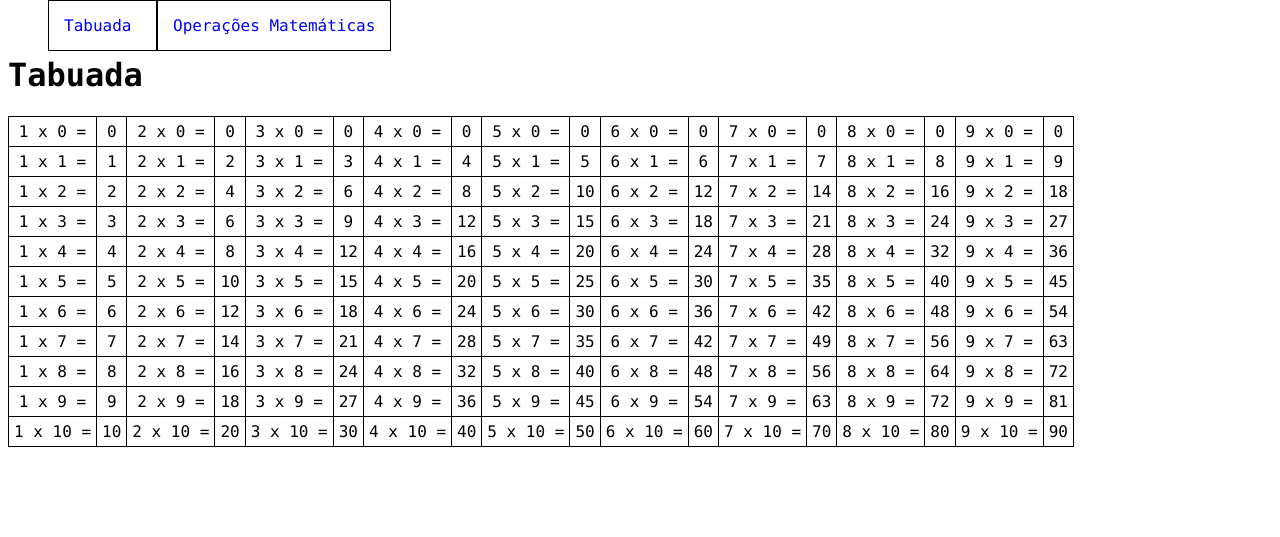
Repository: JulioCesarSF/Java
Page: http://localhost/Exercicio_02-JSPs/tabuada.jsp
An editor plug-in stored every save of this project. The page is shown before and after the next save, followed by the edit.
The browser window is 1280 px wide. The pictures show the whole page.
The page is served by Tomcat 9.

Above is the page before, as saved 2016-08-17 18:48:36.

### ProjetosFaculdade/Thiago/Exercicio_02-JSPs/WebContent/tabuada.jsp
<%@page import="org.apache.jasper.tagplugins.jstl.core.Out"%>
<%@ page language="java" contentType="text/html; charset=ISO-8859-1"
	pageEncoding="ISO-8859-1"%>
<!DOCTYPE html PUBLIC "-//W3C//DTD HTML 4.01 Transitional//EN" "http://www.w3.org/TR/html4/loose.dtd">
<html>
<head>
<meta http-equiv="Content-Type" content="text/html; charset=ISO-8859-1">
<title>Tabuada</title>
<link rel="" type="">
<link rel="stylesheet" type="text/css" href="estilo.css">
</head>
<body>

<%@ include file="topo.jsp" %>

	<div>
		<h1>Tabuada</h1>
	</div>

	<table>

		<%
			int n = 1;
			for (int i = 0; i < 11; i++) {
				System.out.println(n + " x " + i + " = " + (n*i));
		%>

		<tr>
			<td><%=n%> x <%=i%> =</td>
			<td><%=n*i%>

			<% n++; %>
			<td><%=n%> x <%=i%> =</td>
			<td><%=n*i%>

			<% n++; %>
			<td><%=n%> x <%=i%> =</td>
			<td><%=n*i%>

			<% n++; %>
			<td><%=n%> x <%=i%> =</td>
			<td><%=n*i%>

			<% n++; %>
			<td><%=n%> x <%=i%> =</td>
			<td><%=n*i%>

			<% n++; %>
			<td><%=n%> x <%=i%> =</td>
			<td><%=n*i%>

			<% n++; %>
			<td><%=n%> x <%=i%> =</td>
			<td><%=n*i%>

			<% n++; %>
			<td><%=n%> x <%=i%> =</td>
			<td><%=n*i%>

			<% n++; %>
			<td><%=n%> x <%=i%> =</td>
			<td><%=n*i%>

		</tr>

		<%
			n = 1;
			}
		%>

	</table>

</body>
</html>

### ProjetosFaculdade/Thiago/Exercicio_02-JSPs/WebContent/topo.jsp
<div>
	<ul class="menu">
		<li><a href="tabuada.jsp">Tabuada</a>
		<li><a href="operacoes-matematicas.jps">Operações Matemáticas</a></li>
	</ul>
</div>

### ProjetosFaculdade/Thiago/Exercicio_02-JSPs/WebContent/estilo.css
body{
	font-family: Consolas, Arial;
}

table{
	border-collapse: collapse;
}

td{
	border: 1px solid black;
	padding: 5px;
	text-align: center;
}

ul.menu li{
	display : inline;
	padding: 15px;
	border : 1px solid black;
}

ul.menu a{
	text-decoration: none;
	color: blue;
}

ul.menu a:HOVER {
	color : red;
}

### ProjetosFaculdade/Thiago/Exercicio_02-JSPs/WebContent/rodape.jsp
<ul class="menu">
	<li><a href="tabuada.jsp">Tabuada</a>
	<li><a href="operacoes-matematicas.jps">Operações Matemáticas</a></li>
</ul>

After the next save:
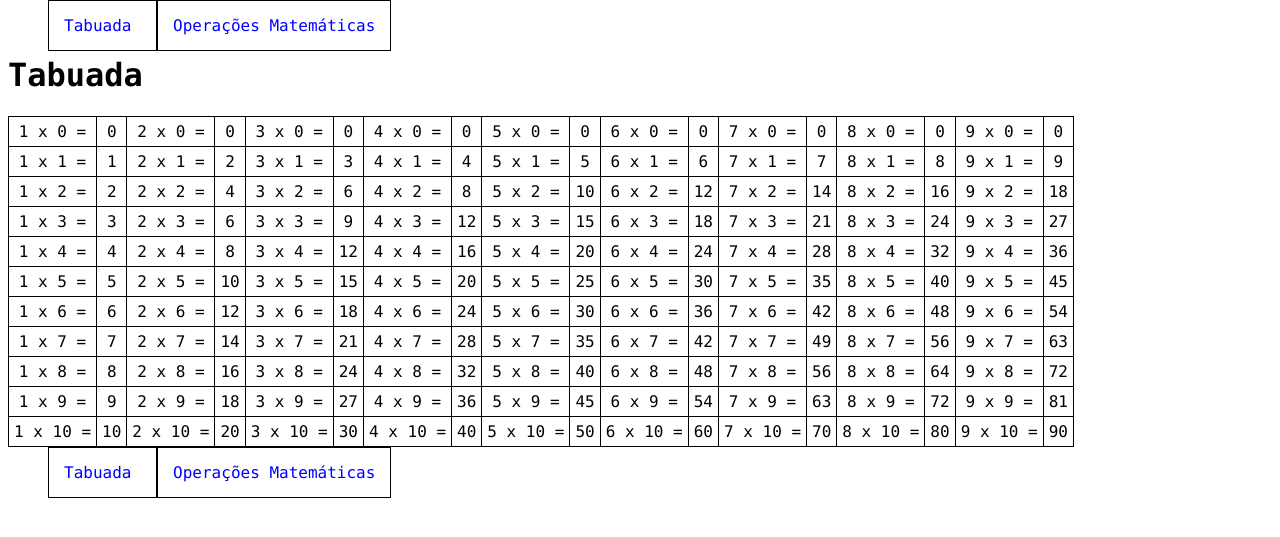
Saved 10 s later.
--- a/ProjetosFaculdade/Thiago/Exercicio_02-JSPs/WebContent/tabuada.jsp
+++ b/ProjetosFaculdade/Thiago/Exercicio_02-JSPs/WebContent/tabuada.jsp
@@ -70,5 +70,7 @@
 
 	</table>
 
+	<%@ include file="rodape.jsp" %>
+
 </body>
 </html>
